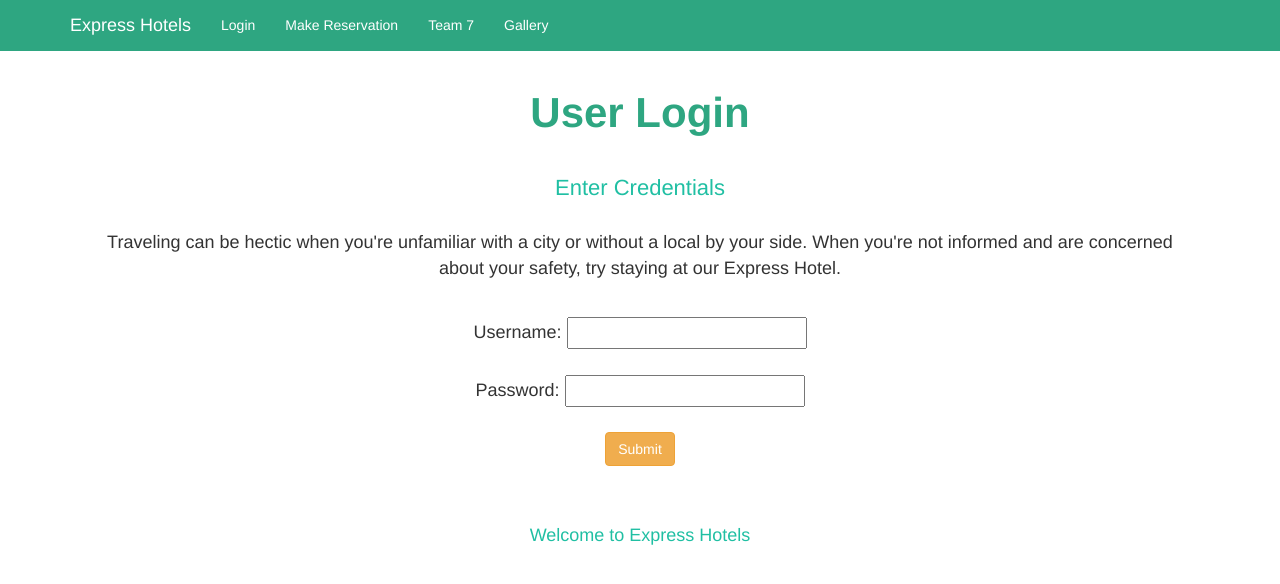
Repository: arjunshukla/CMPE-275_Team-07_Term-Project_Mini-Hotel-Manager
Page: NodeJS_webapp/client/gallery.html
The author's editor kept a record of every edit. The page is drawn from the files as they stood at one moment, then again after the next edit.
The browser window is 1280 px wide. The pictures show the whole page.
Some web libraries are served in a nearby version.

Above is the page before.

### NodeJS_webapp/client/gallery.html
<!DOCTYPE html>
<html lang="en">

<head>
	<meta charset="utf-8">
	<meta http-equiv="X-UA-Compatible" content="IE=edge">
	<meta name="viewport" content="width=device-width, initial-scale=1">
	<!-- The above 3 meta tags *must* come first in the head; any other head content must come *after* these tags -->
	<meta name="description" content="">
	<meta name="author" content="">
	<link rel="icon" href="../../favicon.ico">

	<title>Login Page</title>

	<!-- Bootstrap core CSS -->
	<link href="./css/bootstrap.min.css" rel="stylesheet">
	<!--<link href="./css/bootstrap.css" rel="stylesheet">-->

	<link href="./css/new-template-pally.css" rel="stylesheet">


	<script language="Javascript">
		function validateForm() {
			var username = document.loginForm.username.value;
			var password = document.loginForm.password.value;
			if (username == "" || password == "") {
				alert("Form must be completely filled.");
				return false;
			}
		}
	</script>
</head>

<body>

	<nav class="navbar navbar-inverse navbar-fixed-top">
		<div class="container">
			<div class="navbar-header">
				<button type="button" class="navbar-toggle collapsed" data-toggle="collapse" data-target="#navbar" aria-expanded="false" aria-controls="navbar">
					<span class="sr-only">Toggle navigation</span>
					<span class="icon-bar"></span>
					<span class="icon-bar"></span>
					<span class="icon-bar"></span>
				</button>
				<a class="navbar-brand" href="#">Express Hotels</a>
			</div>
			<div id="navbar" class="collapse navbar-collapse">
				<ul class="nav navbar-nav">

                    <li><a href="login.html">Login</a></li>
                    <li ><a href="index.html">Make Reservation</a></li>
                    <li><a href="meet_our_team.html">Team 7</a></li>
                    <li><a href="hotel_gallery">Gallery</a></li>
                </ul>
			</div>
			<!--/.nav-collapse -->
		</div>
	</nav>

	<div class="container">

		<div class="pally-starter-template">
			<!--   <h1>Bootstrap starter template</h1>
        <p class="lead">Use this document as a way to quickly start any new project.<br> All you get is this text and a mostly barebones HTML document.</p>
         -->

			<div class="col-md-12 Share-instantly-right" style="text-align:center;">
				<br>
				<h3>User Login</h3>
				<br>
				<h4 style="color:#20bfa3; font-size:22px;">Enter Credentials</h4>
				<br>
				<p class="head-para"><font size="4">Traveling can be hectic when you're unfamiliar with a city or without a local by your side.  When you're not informed and are concerned about your safety, try staying at our Express Hotel.
					<br><br>
					<form style="text-align:center;" class="head-para" name='loginForm' onsubmit="return validateForm()" action="/loginUser" method='POST' enctype='application/json'>
						Username: <input type='text' name='user_name'> <br><br>
						Password: <input type='password' name='password' />
							<br></br>
								 <button type="submit" class="btn  btn-warning">Submit</button>
							</td>
						</tr>
						</form>
					</table>
					<!-- <input type='submit' value="submit"> -->
					<!--<input type="hidden" name="${_csrf.parameterName}"-->
					<!--	value="${_csrf.token}" />-->


					</font></p>

				<br/>
				<br>
				<div class="col-md-12">
					<h4 style="color:#20bfa3; font-size:18px;">Welcome to Express Hotels</h4>
					<br/>
					<br/>
					<br/>
					<br/>

					<!--<div class="row">-->
					<!--	<div class="col-sm-6"><img src="images/iphone.png"></div>-->
					<!--	<div class="col-sm-6"><img src="images/google.png">-->
					<!--		<div>-->
					<!--		</div>-->

					<!--	</div>-->
					<!--</div>-->


				</div>
				<div class="clearfix"> </div>
			</div>







			<div class="row">

				<div class="col-sm-3">



				</div>

				<div class="col-sm-6">

				</div>

			</div>


		</div>

	</div>
	<!-- /.container -->


	<!-- Bootstrap core JavaScript
    ================================================== -->
	<!-- Placed at the end of the document so the pages load faster -->
	<script src="https://ajax.googleapis.com/ajax/libs/jquery/1.11.3/jquery.min.js"></script>
	<script src="./js/bootstrap.min.js"></script>

</body>

</html>

### NodeJS_webapp/client/css/new-template-pally.css
body {
	padding-top: 50px;
}

.starter-template {
	padding: 40px 15px;
	text-align: center;
}

.navbar-inverse {
	background-color: #2ea681;
	border-color: #2ea681;
}

.navbar-inverse .navbar-nav>li>a {
	color: #ffffff;
}

.navbar-inverse .navbar-brand {
	color: #ffffff;
}

.Share-instantly-right h3{


	font-weight: 700;
    font-size: 3em;
    color: #2ea681;
    text-align: center;
}

Loaded but not shown: NodeJS_webapp/client/css/bootstrap.min.css (library); NodeJS_webapp/client/js/bootstrap.min.js (library)

After the next edit:
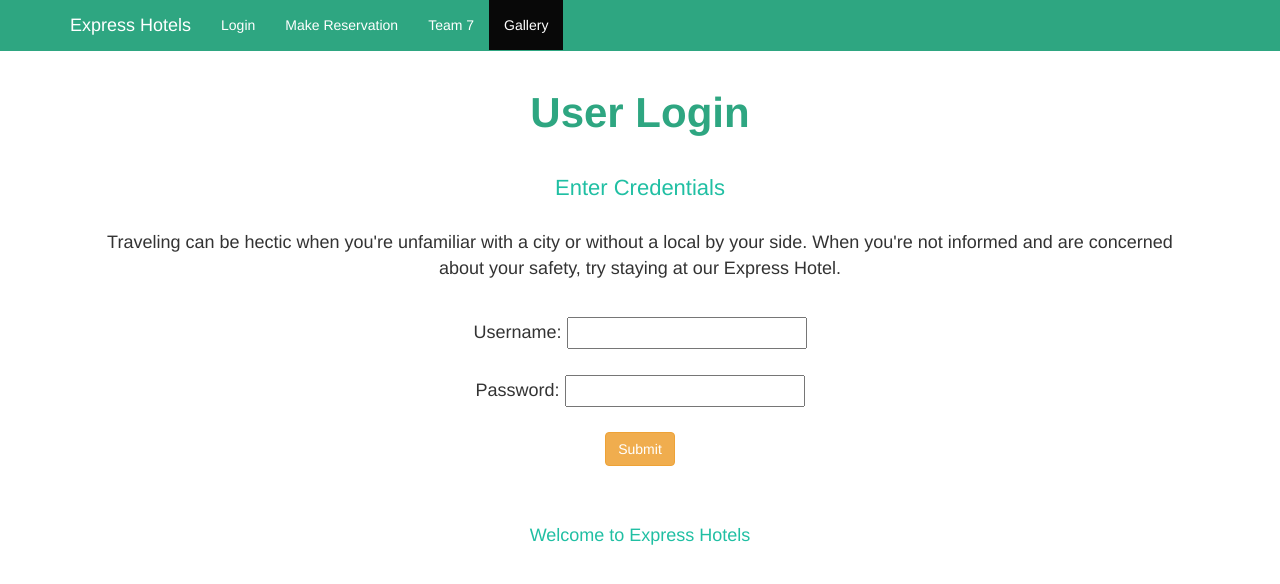
The edit:
--- a/NodeJS_webapp/client/gallery.html
+++ b/NodeJS_webapp/client/gallery.html
@@ -50,7 +50,7 @@
                     <li><a href="login.html">Login</a></li>
                     <li ><a href="index.html">Make Reservation</a></li>
                     <li><a href="meet_our_team.html">Team 7</a></li>
-                    <li><a href="hotel_gallery">Gallery</a></li>
+                    <li class="active"><a href="gallery.html">Gallery</a></li>
                 </ul>
 			</div>
 			<!--/.nav-collapse -->
